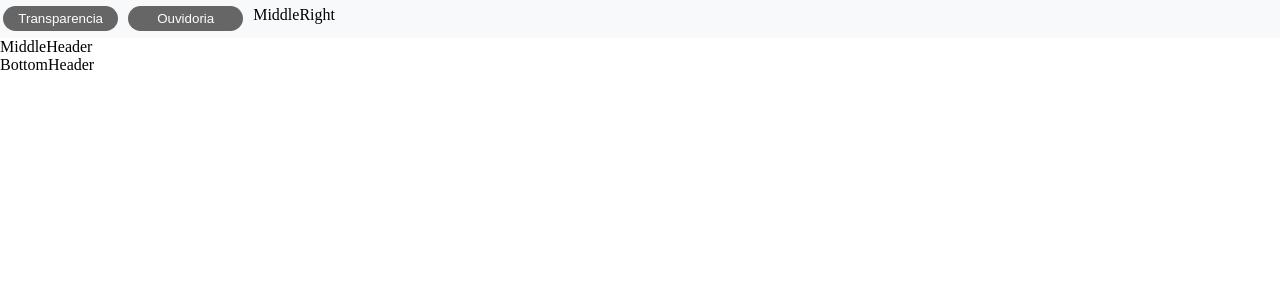
Repository: YuriSarmanho/prodepaSite
Page: / (app in prodepa-site/)
The author's editor kept a copy of each file at every save. The page is drawn from the files as they stood at one save, then again after the next save.
The browser window is 1280 px wide. The pictures show the whole page.
The project was rebuilt for these pictures with package versions that can differ from the ones it lists, and the page was loaded fresh each time. Also part of the build but not shown: prodepa-site/src/App.css.

Above is the page before, as saved 2022-12-19 16:17:03.

After the next save:
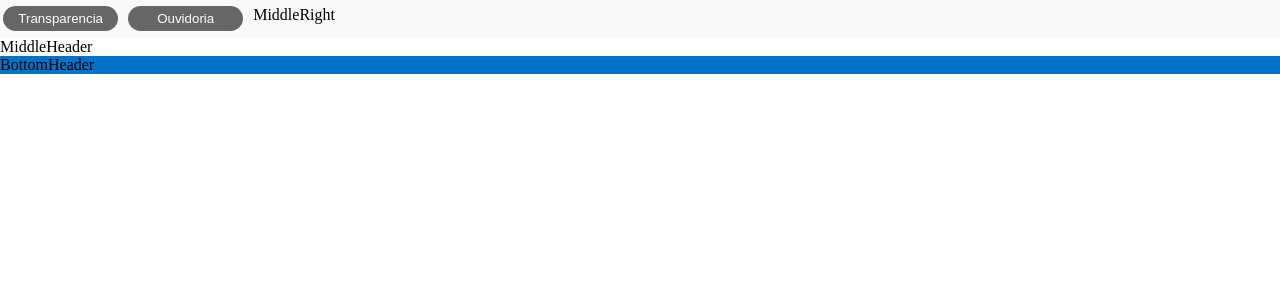
Saved 6 s later.
--- a/prodepa-site/src/sections/Header/BottomHeader/index.jsx
+++ b/prodepa-site/src/sections/Header/BottomHeader/index.jsx
@@ -1,5 +1,5 @@
 import React from 'react'
-import './'
+import './index.css'
 function BottomHeader() {
   return (
     <div className='bottomHeaderContainer'>BottomHeader</div>
